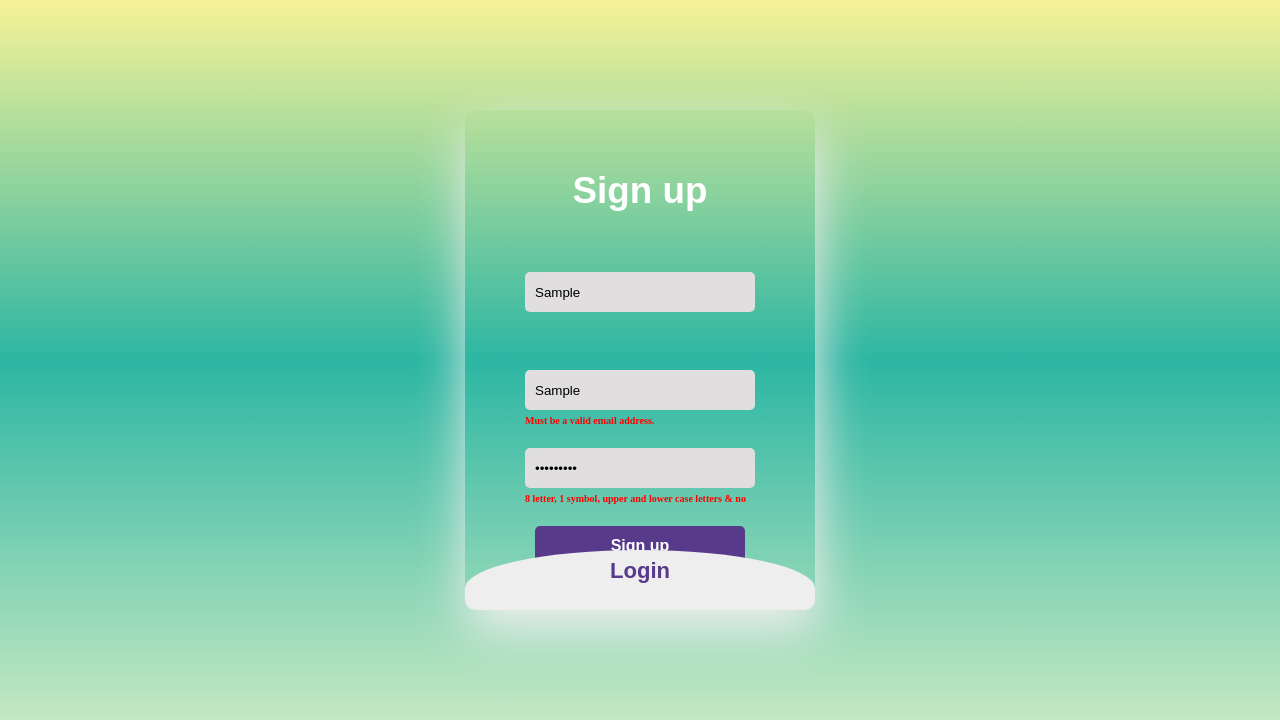
Repository: Puttaz/Kicks
Page: loginForm.html
The author's editor kept a copy of each file at every save. The page is drawn from the files as they stood at one save, then again after the next save.
The browser window is 1280 px wide. The pictures show the whole page.
Empty fields were first filled with sample values (such as "Sample", 5 or name@example.com).
After loading, the first visible `form` was submitted once.

Above is the page before, as saved 2023-04-19 22:46:29.

### loginForm.html
<!DOCTYPE html>
<html>
<head>
	<title>Kicks</title>
  <link rel="stylesheet" href="css/loginForm.css" />
  <!-- Linking jQuery File on a CDN Server with Google CDN -->
  <script src="https://ajax.googleapis.com/ajax/libs/jquery/3.3.1/jquery.min.js"></script>
  <script src="js/loginForm.js"></script>

</head>
<body>
	<div class="main">
		<input type="checkbox" id="check" aria-hidden="true">
			<div class="signup">
				<form onsubmit=" validateSignUpform(this); return false">
					<label for="check" aria-hidden="true">Sign up</label>
					<input type="text" name="userName" id ="userName" placeholder="User name" >
					<input type="text" name="email" id ="emailSign" placeholder="Email">
					<input type="password" name="password" id ="passwordSign" placeholder="Password">
					<button type="submit">Sign up</button>
				</form>
			</div>
			<div class="login">
				<form onsubmit=" validateform(this); return false" action="" method="get">
					<label for="check" aria-hidden="true">Login</label>
					<input type="text" name="email"  id="email" placeholder="Email" >
          <input type="password" name="password" id ="password" placeholder="Password">
					<button type="submit">Login</button>
				</form>
			</div>
	</div>
</body>
</html>

### css/loginForm.css
body{
	margin: 0;
	padding: 0;
	display: flex;
	justify-content: center;
	align-items: center;
	min-height: 100vh;
	font-family: 'Jost', sans-serif;
	background: linear-gradient(to bottom,#f7f297, #2cb6a3, #C4E8C2);
}
.main {
	width: 350px;
	height: 500px;
	overflow: hidden;
	border-radius: 10px;
	box-shadow: 2px 20px 50px #f3efef;
}
#check {
	display: none;
}
.signup {
	position: relative;
	width:100%;
	height: 100%;
}
label{
	color: #fff;
	font-size: 2.3em;
	justify-content: center;
	display: flex;
	margin: 60px;
	font-weight: bold;
	cursor: pointer;
	transition: .5s ease-in-out;
}
input{
	width: 60%;
	height: 20px;
	background: #e0dede;
	justify-content: center;
	display: flex;
	margin: 20px auto;
	padding: 10px;
	border: none;
	outline: none;
	border-radius: 5px;
}
button{
	width: 60%;
	height: 40px;
	margin: 10px auto;
	justify-content: center;
	display: block;
	color: #fff;
	background: #573b8a;
	font-size: 1em;
	font-weight: bold;
	margin-top: 20px;
	outline: none;
	border: none;
	border-radius: 5px;
	transition: .2s ease-in;
	cursor: pointer;
}
button:hover{
	background: #6d44b8;
}
.login{
	height: 460px;
	background: #eee;
	border-radius: 60% / 10%;
	transform: translateY(-180px);
	transition: .8s ease-in-out;
}
.login label{
	color: #573b8a;
	transform: scale(.6);
}

#check:checked ~ .login{
	transform: translateY(-500px);
}
#check:checked ~ .login label{
	transform: scale(1);
}
#check:checked ~ .signup label{
	transform: scale(.6);
}

span{
  font: bold 10px 'Bitter', serif;
  color: red;
  margin: 60px;
}

### js/loginForm.js
function validateSignUpform() {
  // For printing the error messages
  // $(":text").next().text("*");
  $("span").hide();
  $(":text").after("<span></span>");
  $(":password").after("<span></span>");
  // Created different regex for each label
  console.log(localStorage);
  var emailCheck = false;
  var passCheck = false;
  console.log(emailCheck);
  var userName = $("#userName").val();

  var charPattern = /^[A-Za-z]+$/;
  if (userName == "") {
    document.getElementById("userName").style.margin = "60px 20px 0px 60px";
    $("#userName").next().text(" This field is required.");
  } else if (!charPattern.test(userName)) {
    document.getElementById("userName").style.margin = "60px 20px 0px 60px";
    $("#userName").next().text("Only characters allowed.");
  } else {
  }

  // Email Label
  var emailPattern = /\b[A-Za-z0-9._%+-]+@[A-Za-z0-9.-]+\.[A-Za-z]{2,4}\b/;

  var email = $("#emailSign").val();

  //  console.log(email);
  //Checking if field is empty
  if (email == "") {
    document.getElementById("emailSign").style.margin = "20px 60px 0px 60px";
    $("#emailSign").next().text(" This field is required.");
  }
  // Checking if entered email matches the regex pattern
  else if (!emailPattern.test(email)) {
    document.getElementById("emailSign").style.margin = "20px 60px 0px 60px";
    $("#emailSign").next().text(" Must be a valid email address.");
  } else {
    emailCheck = true;
  }

  var passwordPattern = /^(?=.*\d)(?=.*[!@#$%^&*])(?=.*[a-z])(?=.*[A-Z]).{8,}$/;

  var password = $("#passwordSign").val();

  if (password == "") {
    document.getElementById("passwordSign").style.margin = "20px 60px 0px 60px";
    $("#passwordSign").next().text(" This field is required.");
  }
  // Checking if entered email matches the regex pattern
  else if (!passwordPattern.test(password)) {
    document.getElementById("passwordSign").style.margin = "20px 60px 0px 60px";
    $("#passwordSign")
      .next()
      .text("8 letter, 1 symbol, upper and lower case letters & no");
  } else {
    passCheck = true;
  }

  if (emailCheck == true && passCheck == true) {
    localStorage.setItem(email, password);
    console.log(localStorage);
    location.replace("index.html");
  }
}

function validateform() {
  $("span").hide();
  $(":password").after("<span></span>");
  // Created different regex for each label

  var email = $("#email").val();
  var password = $("#password").val();

  if (password == localStorage.getItem(email)) {
    console.log("yes");
    location.replace("index.html");
  } else {
    $("#password").next().text("Invalid email or password.");
  }
}

After the next save:
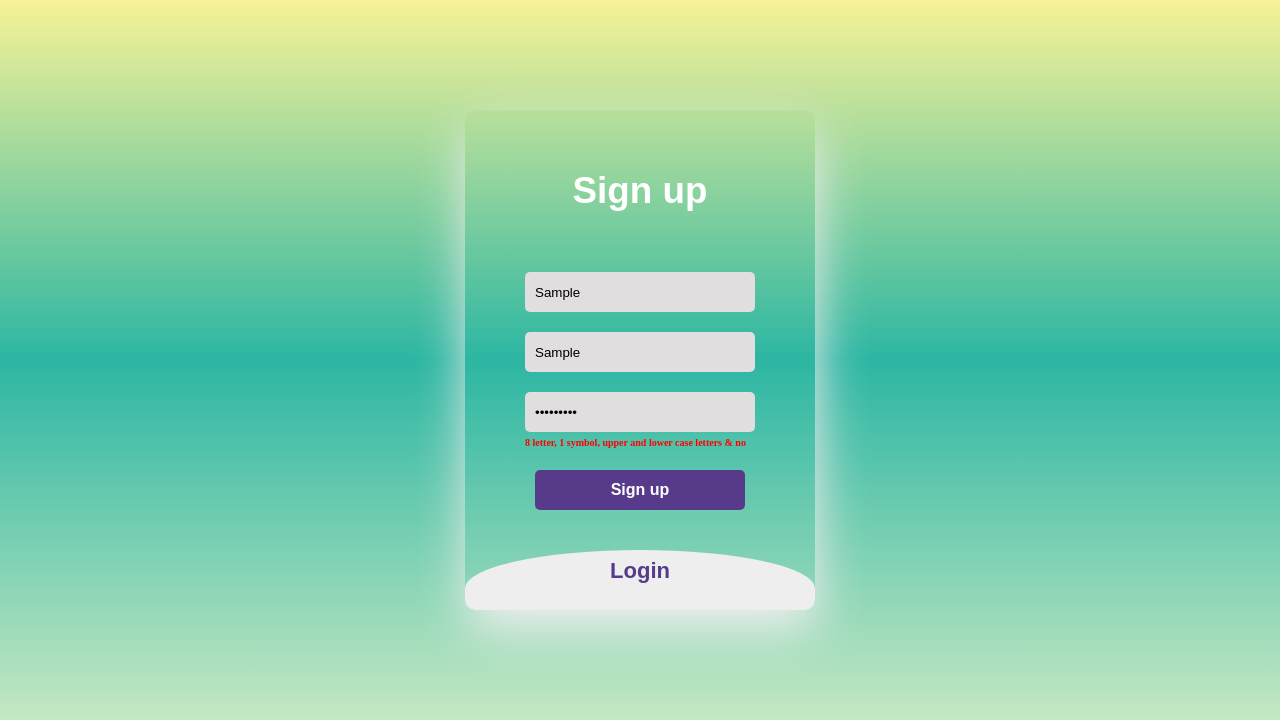
Saved 3 min 13 s later.
--- a/js/loginForm.js
+++ b/js/loginForm.js
@@ -1,71 +1,85 @@
-function validateSignUpform() {
-  // For printing the error messages
+
+
+function validateSignUpform(){
+
+   // For printing the error messages
   // $(":text").next().text("*");
-  $("span").hide();
-  $(":text").after("<span></span>");
-  $(":password").after("<span></span>");
-  // Created different regex for each label
-  console.log(localStorage);
-  var emailCheck = false;
-  var passCheck = false;
-  console.log(emailCheck);
-  var userName = $("#userName").val();
+ $("span").hide();
+//  $(":text").after("<span></span>");
+ $(":password").after("<span></span>");
+ // Created different regex for each label
+console.log(localStorage);
+ var emailCheck = false;
+ var passCheck = false;
+console.log(emailCheck);
+ var userName = $("#userName").val();
 
-  var charPattern = /^[A-Za-z]+$/;
-  if (userName == "") {
-    document.getElementById("userName").style.margin = "60px 20px 0px 60px";
-    $("#userName").next().text(" This field is required.");
-  } else if (!charPattern.test(userName)) {
-    document.getElementById("userName").style.margin = "60px 20px 0px 60px";
-    $("#userName").next().text("Only characters allowed.");
-  } else {
-  }
+ var charPattern = /^[A-Za-z]+$/;
+ if (userName == "") {
+   document.getElementById("userName").style.margin = "60px 20px 0px 60px";
+   $("#userName").next().text(" This field is required.");
 
-  // Email Label
-  var emailPattern = /\b[A-Za-z0-9._%+-]+@[A-Za-z0-9.-]+\.[A-Za-z]{2,4}\b/;
+ } else if (!charPattern.test(userName)) {
+   document.getElementById("userName").style.margin = "60px 20px 0px 60px";
+   $("#userName").next().text("Only characters allowed.");
 
-  var email = $("#emailSign").val();
+ } else {
 
-  //  console.log(email);
-  //Checking if field is empty
-  if (email == "") {
-    document.getElementById("emailSign").style.margin = "20px 60px 0px 60px";
-    $("#emailSign").next().text(" This field is required.");
-  }
+ }
+
+ // Email Label
+ var emailPattern = /\b[A-Za-z0-9._%+-]+@[A-Za-z0-9.-]+\.[A-Za-z]{2,4}\b/;
+
+ var email = $("#emailSign").val();
+
+//  console.log(email);
+ //Checking if field is empty
+ if (email == "") {
+   document.getElementById("emailSign").style.margin = "20px 60px 0px 60px";
+   $("#emailSign").next().text(" This field is required.");
+   }
   // Checking if entered email matches the regex pattern
-  else if (!emailPattern.test(email)) {
-    document.getElementById("emailSign").style.margin = "20px 60px 0px 60px";
-    $("#emailSign").next().text(" Must be a valid email address.");
-  } else {
-    emailCheck = true;
-  }
+ else if (!emailPattern.test(email)) {
+   document.getElementById("emailSign").style.margin = "20px 60px 0px 60px";
+   $("#emailSign").next().text(" Must be a valid email address.");
 
-  var passwordPattern = /^(?=.*\d)(?=.*[!@#$%^&*])(?=.*[a-z])(?=.*[A-Z]).{8,}$/;
+ } else
+ {
+     emailCheck = true;
+ }
 
-  var password = $("#passwordSign").val();
+ var passwordPattern = /^(?=.*\d)(?=.*[!@#$%^&*])(?=.*[a-z])(?=.*[A-Z]).{8,}$/;
 
-  if (password == "") {
-    document.getElementById("passwordSign").style.margin = "20px 60px 0px 60px";
-    $("#passwordSign").next().text(" This field is required.");
-  }
+ var password = $("#passwordSign").val();
+
+ if (password == "") {
+   document.getElementById("passwordSign").style.margin = "20px 60px 0px 60px";
+   $("#passwordSign").next().text(" This field is required.");
+
+ }
   // Checking if entered email matches the regex pattern
-  else if (!passwordPattern.test(password)) {
-    document.getElementById("passwordSign").style.margin = "20px 60px 0px 60px";
-    $("#passwordSign")
-      .next()
-      .text("8 letter, 1 symbol, upper and lower case letters & no");
-  } else {
-    passCheck = true;
-  }
+ else if (!passwordPattern.test(password)) {
 
-  if (emailCheck == true && passCheck == true) {
+   document.getElementById("passwordSign").style.margin = "20px 60px 0px 60px";
+   $("#passwordSign").next().text("8 letter, 1 symbol, upper and lower case letters & no");
+
+ } else
+ {
+       passCheck = true;
+ }
+
+
+    if(emailCheck == true && passCheck == true)
+    {
     localStorage.setItem(email, password);
     console.log(localStorage);
     location.replace("index.html");
-  }
+    }
+
 }
 
 function validateform() {
+
   $("span").hide();
   $(":password").after("<span></span>");
   // Created different regex for each label
@@ -73,10 +87,17 @@
   var email = $("#email").val();
   var password = $("#password").val();
 
-  if (password == localStorage.getItem(email)) {
+
+  if(password == localStorage.getItem(email)){
     console.log("yes");
     location.replace("index.html");
-  } else {
+  }
+  else{
     $("#password").next().text("Invalid email or password.");
   }
+
+
+
+
+
 }

After the save that followed:
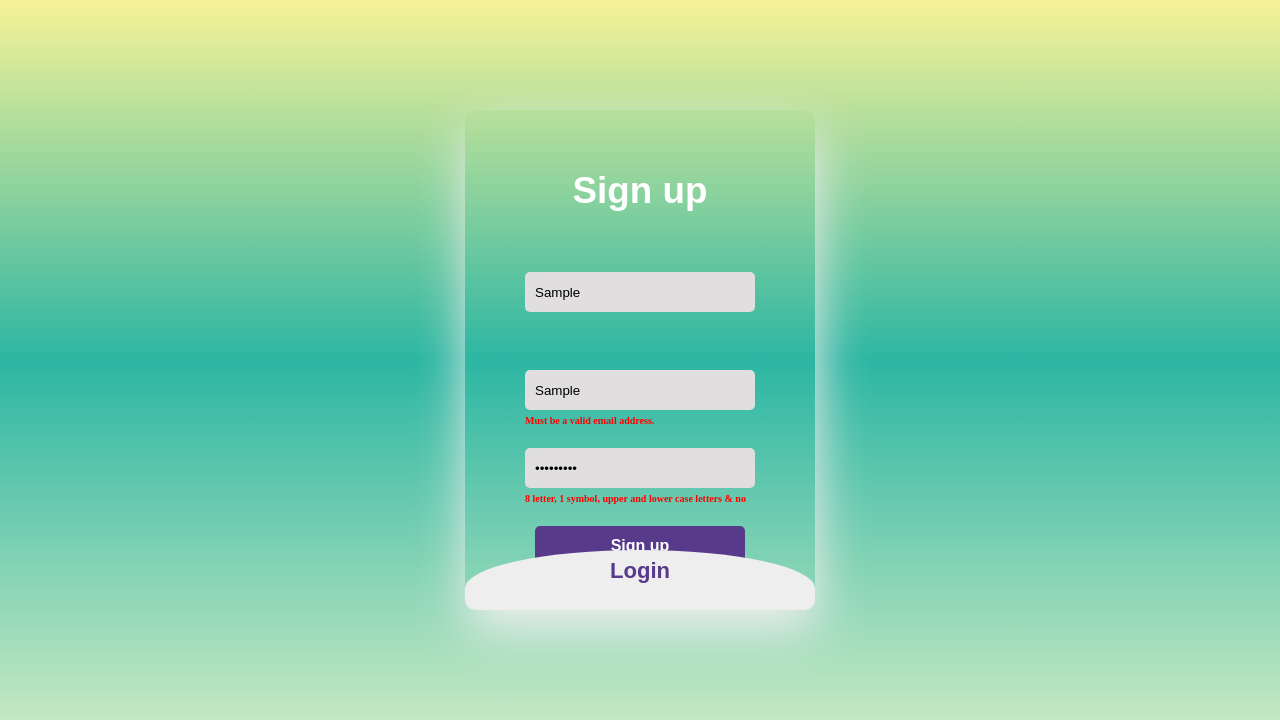
Saved 12 s later.
--- a/js/loginForm.js
+++ b/js/loginForm.js
@@ -5,7 +5,7 @@
    // For printing the error messages
   // $(":text").next().text("*");
  $("span").hide();
-//  $(":text").after("<span></span>");
+ $(":text").after("<span></span>");
  $(":password").after("<span></span>");
  // Created different regex for each label
 console.log(localStorage);
